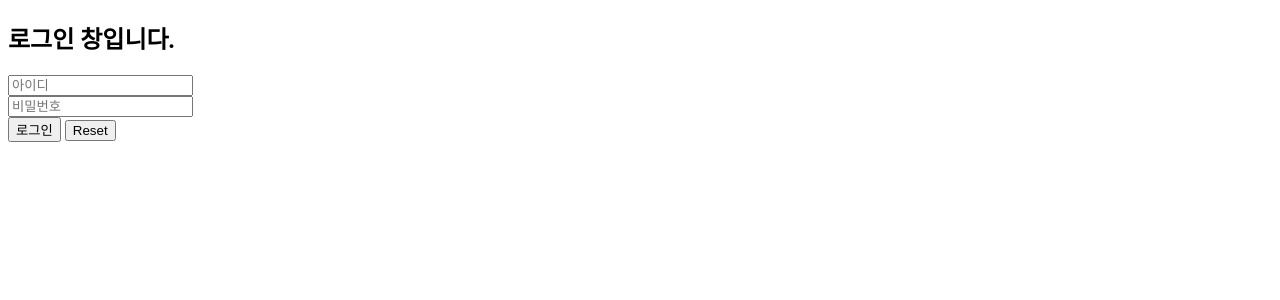
Repository: dev-leeJin/jsp-practice
Page: http://localhost/JSPBasic/JspObject/1.requests/req_login_form.jsp
The author's editor kept a copy of each file at every save. The page is drawn from the files as they stood at one save, then again after the next save.
The browser window is 1280 px wide. The pictures show the whole page.
The page is served by Tomcat 9.

Above is the page before, as saved 2022-02-04 01:29:58.

After the next save:
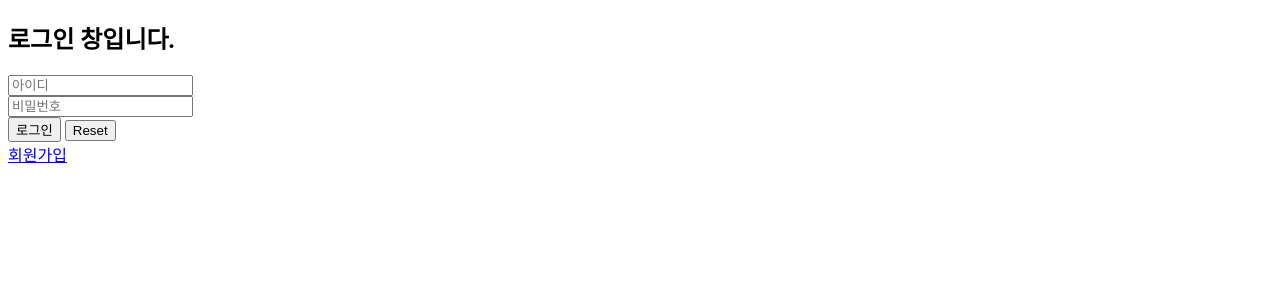
Saved 9 min 51 s later.
--- a/JSPBasic/src/main/webapp/JspObject/1.requests/req_login_form.jsp
+++ b/JSPBasic/src/main/webapp/JspObject/1.requests/req_login_form.jsp
@@ -14,5 +14,6 @@
 	<input type="submit" value="로그인"/>
 	<input type="reset" />
 	</form>
+	<a href = "req_join_form.jsp">회원가입</a>
 </body>
 </html>
